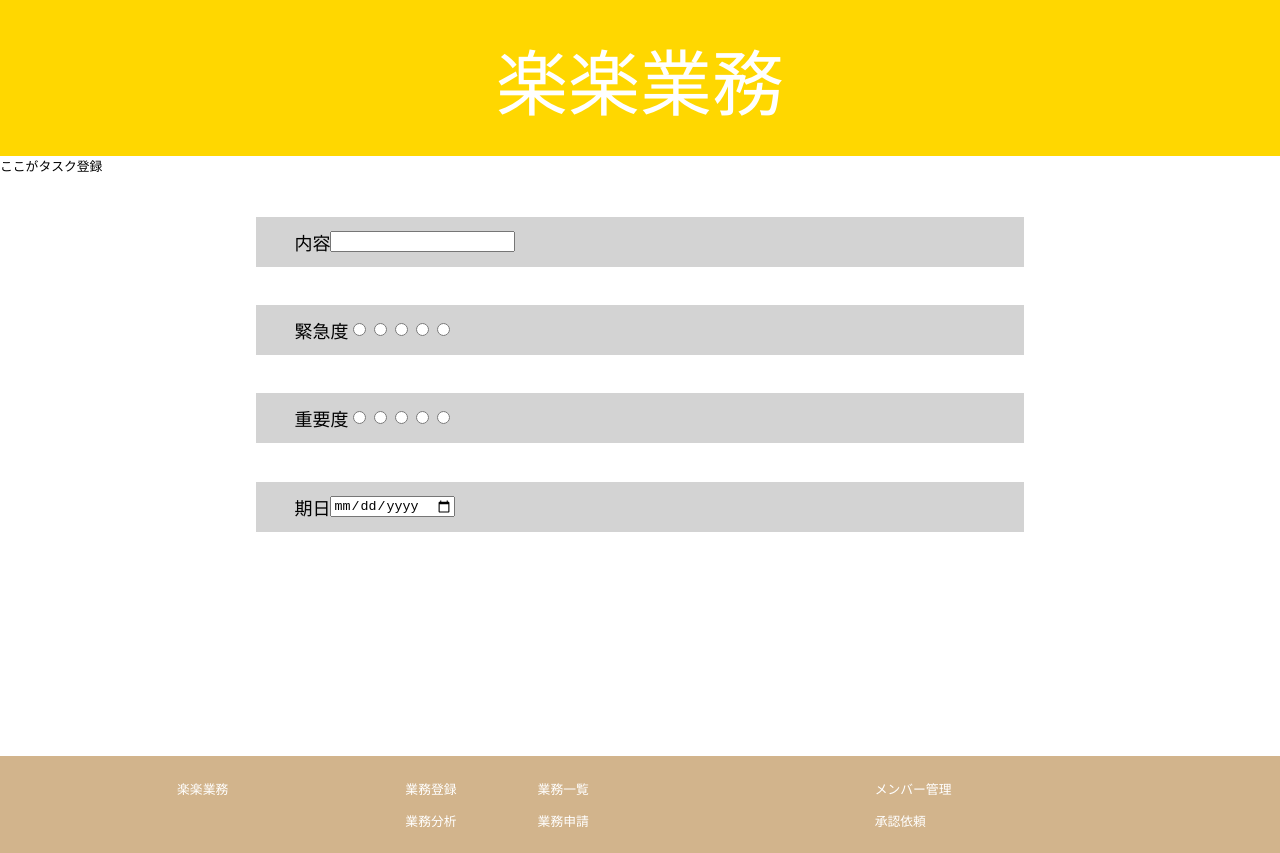
Repository: Reiya-1003/VueReplaceTask
Page: /#/register
The author's editor kept a copy of each file at every save. The page is drawn from the files as they stood at one save, then again after the next save.
The browser window is 1280 px wide. The pictures show the whole page.
The project was rebuilt for these pictures with package versions that can differ from the ones it lists, and the page was loaded fresh each time. Also part of the build but not shown: vue.config.js, src/components/pages/PageHome.vue.

Above is the page before, as saved 2022-06-16 15:42:31.

### public/index.html
<!DOCTYPE html>
<html lang="">
  <head>
    <meta charset="utf-8">
    <meta http-equiv="X-UA-Compatible" content="IE=edge">
    <meta name="viewport" content="width=device-width,initial-scale=1.0">
    <link rel="icon" href="<%= BASE_URL %>favicon.ico">
    <link rel="stylesheet" href="style.css">
    <title><%= htmlWebpackPlugin.options.title %></title>
  </head>
  <body>
    <noscript>
      <strong>We're sorry but <%= htmlWebpackPlugin.options.title %> doesn't work properly without JavaScript enabled. Please enable it to continue.</strong>
    </noscript>
    <div id="app"></div>
    <!-- built files will be auto injected -->
  </body>
</html>

### src/main.js
import Vue from 'vue'
import App from './App.vue'
import router from './roter'

Vue.config.productionTip = false


new Vue({
  router,
  render: h => h(App),
}).$mount('#app')

### src/App.vue
<template>
  <div>
      <PageHeader />

        <!-- <PageHome /> -->
        <router-view />

      <PageFooter />
  </div>
</template>

<script>
import PageHeader from "./components/modules/PageHeader";
import PageFooter from "./components/modules/PageFooter";


export default {
  name: 'App',
  components: {
    PageHeader,
    PageFooter,


  },

}
</script>

<style>

</style>

### src/roter.js
import Vue from 'vue'
import VueRouter from 'vue-router'
import Home from '@/components/pages/PageHome.vue'
import Register from '@/components/pages/PageRegister.vue'




Vue.use(VueRouter)

export default new VueRouter({
  // デフォルトの挙動では URL に `#` が含まれる.
  // URL から hash を取り除くには `mode:history` を指定する
  // mode: 'history',
  base: __dirname,

  routes: [
    {
      path: '/',
      name: 'home',
      component: Home
    },
    {
      path: '/register',
      name: 'register',
      component: Register
    },



  ]

})

### src/components/modules/PageHeader.vue
<template>
  <header id="headerblock">

    <h1 id="title" ><router-link to="/" >楽楽業務</router-link></h1>


  </header>
</template>

<script>
export default {
  name: 'PageHeader',

}
</script>


<style lang="scss" type="text/css">
  #headerblock{
    height: 10%;
    width: 100%;
    background-color: #ffd700;
    h1{
      margin: 0;
      text-align: center;
      padding: 2%;
      color: white;
      font-size: 10vh;
      font-weight: normal;
      a{
      cursor: pointer;
      color: inherit;
      text-decoration: none;
    }
    }


  }
</style>

### src/components/modules/PageFooter.vue
<template>
  <div id="footblock">

    <div class="flexitem1">
      <p><router-link to="/" >楽楽業務</router-link></p>
    </div>
    <div class="flexitem2">
      <div>
        <!-- roter-linkになると思う -->
        <p><router-link to="/register">業務登録</router-link></p>
        <p>業務分析</p>
      </div>
      <div class="item">
        <p>業務一覧</p>
        <p>業務申請</p>
      </div>
    </div>
    <div class="flexitem3">
      <p>メンバー管理</p>
      <p>承認依頼</p>
    </div>


  </div>
</template>

<script>
export default {
  name: 'PageFooter',

}
</script>


<style lang="scss" type="text/css">
  #footblock{
    background-color: #d2b48c;
    color: white;
    display: flex;
    justify-content: space-around;

    .flexitem1{
      width: 100%;
      text-align: center;
      padding-top: 10px;
      padding-bottom: 10px;
      a{
      cursor: pointer;
      color: inherit;
      text-decoration: none;
      }
    }
    .flexitem2{
      width: 100%;
      display: flex;
      padding-top: 10px;
      padding-bottom: 10px;
      justify-content: flex-start;
      a{
      cursor: pointer;
      color: inherit;
      text-decoration: none;
      }
      .item{
        padding-left: 20%;
      }
    }
    .flexitem3{
      padding-top: 10px;
      padding-bottom: 10px;
      padding-left: 5%;
      width: 100%;
      a{
      cursor: pointer;
      color: inherit;
      text-decoration: none;
      }
    }
  }
</style>

### src/components/pages/PageRegister.vue
<template>
  <div style="height: 600px">
    <div>ここがタスク登録</div>

    <div class="listbox">
      <div class="listitem"><span class="itemtitle">内容</span><span class="item"><input type="text"></span></div>
      <div class="listitem"><span class="itemtitle">緊急度</span><span class="item"><input type="radio"><input type="radio"><input type="radio"><input type="radio"><input type="radio"></span></div>
      <div class="listitem"><span class="itemtitle">重要度</span><span class="item"><input type="radio"><input type="radio"><input type="radio"><input type="radio"><input type="radio"></span></div>
      <div class="listitem"><span class="itemtitle">期日</span><span class="item"><input type="date"></span></div>
    </div>

  </div>
</template>

<script>
export default {
  name: "PageRegister",
};
</script>

<style lang="scss" type="text/css">
.listbox {
  margin: 3px auto;
  height: 400px;
  width: 60%;
  display: flex;
  flex-direction: column;

  .listitem{
   height: 50px;
   display: flex;
   align-items: center;
   margin-top: 5%;
   background-color:lightgray;
   text-align: center;
   .itemtitle{
     margin-left: 5%;
     font-size: large;
   }
   .item{
       text-align: center;
     }
  }




}
</style>

### public/style.css
body{
  margin: 0;
  font-size: 1vmax;
}

After the next save:
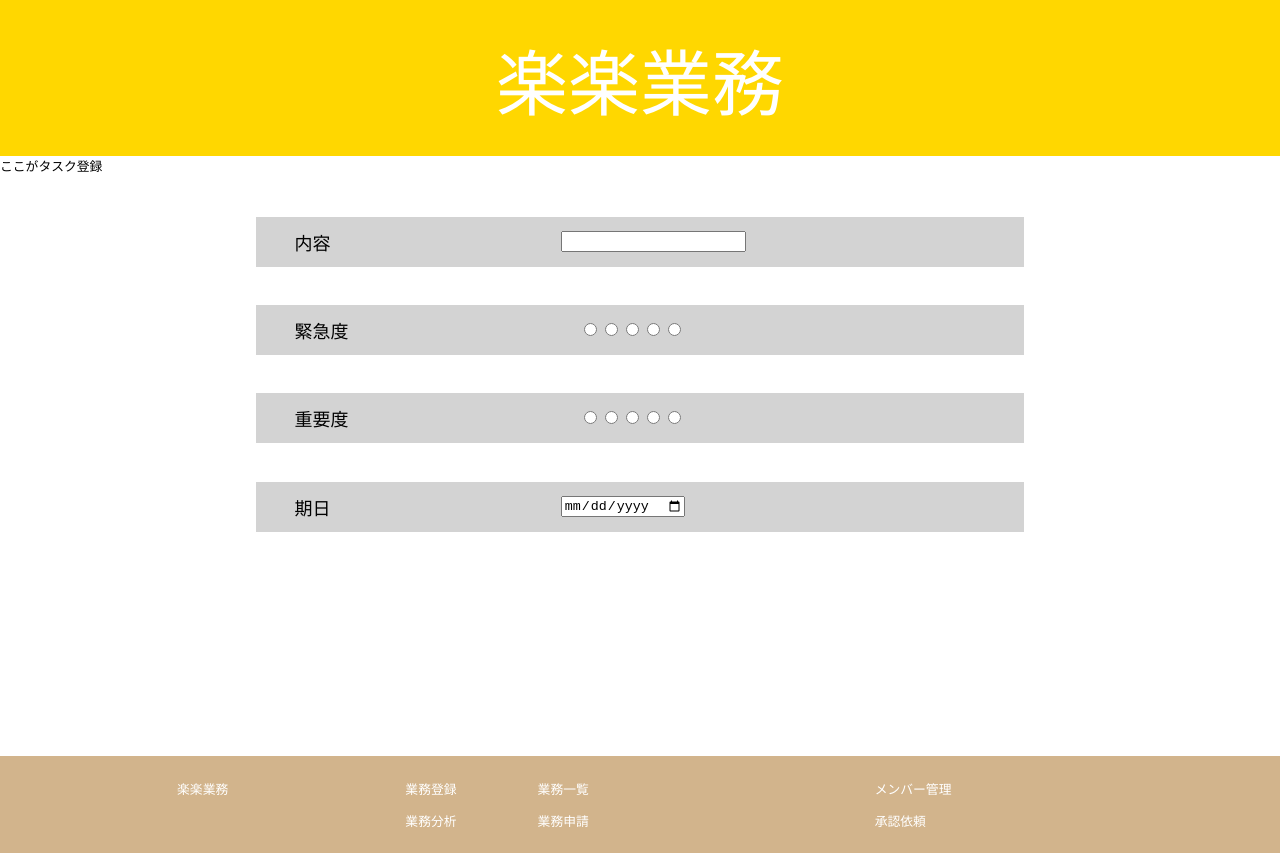
Saved 15 s later.
--- a/src/components/pages/PageRegister.vue
+++ b/src/components/pages/PageRegister.vue
@@ -38,7 +38,7 @@ export default {
      font-size: large;
    }
    .item{
-       text-align: center;
+       margin-left: 30%;
      }
   }
 
